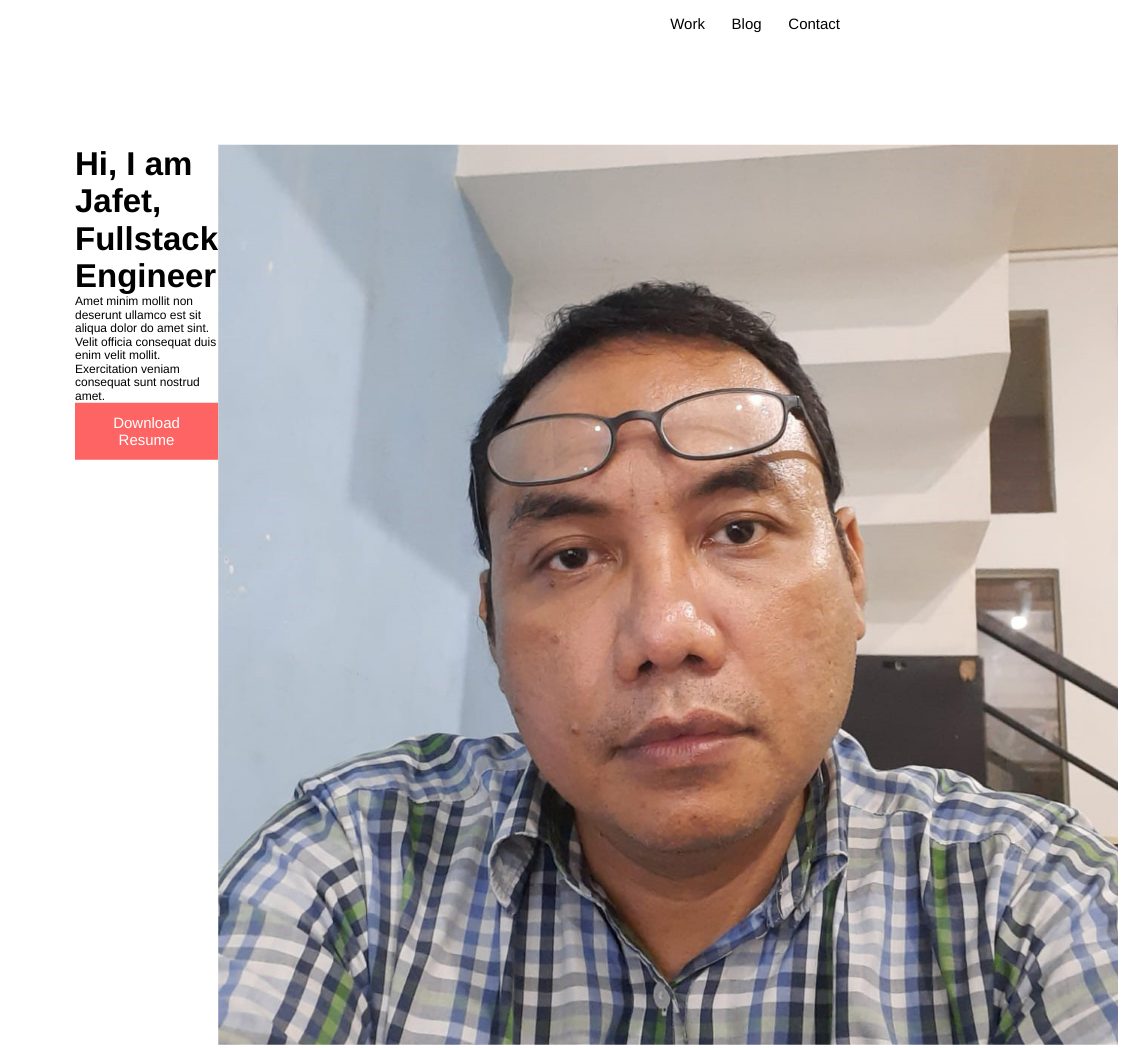
Repository: jafetdn73/portofolio
Page: index.html
These files come from the project's save history. The page is drawn as it stood at one moment and after the next save; the edit follows.
The browser window is 1280 px wide. The page is 1491 px wide, then 1522 px, so the pictures cover 1522 px, including what lies to the right of the window. The pictures show the whole page, at 75% of full size.

Above is the page before, as saved 2022-02-21 11:20:17.

### index.html
<!DOCTYPE html>
<html lang="en">
<head>
    <meta charset="UTF-8">
    <meta http-equiv="X-UA-Compatible" content="IE=edge">
    <meta name="viewport" content="width=device-width, initial-scale=1.0">
    <link rel="stylesheet" href="figma.css">
    <title>Belajar HTML CSS</title>
</head>
<body>
    <div class="container">
        <!-- Start Menu Bar -->
        <div class="menu-bar">
            <ul>
                <li>
                    Work
                </li>
                <li>
                    Blog
                </li>
                <li>
                    Contact
                </li>
            </ul>
        </div>
        <!-- Starr Hero -->
        <div class="hero">
            <div class="hero-text">
                <h1>Hi, I am Jafet,<br/>
                    Fullstack Engineer
                </h1>
                <p>
                    Amet minim mollit non deserunt ullamco est sit aliqua dolor do amet sint. Velit officia consequat duis enim velit mollit. Exercitation veniam consequat sunt nostrud amet.
                </p>
                <button>Download Resume</button>
            </div>
            <div class="hero-image">
                <img src="jafet.png"/>
            </div>

        </div>
    </div>
</body>
</html>

### figma.css
* {
    margin: 0;
    font-family:Helvetica;
}
.container {
    width: 1150px;
}

.menu-bar {
    display: flex;
    justify-content: flex-end;
    margin-top: 20px;
}

.menu-bar ul li {
    display: inline;
    margin-right: 30px;
    font-size: 20px;
}

/* Start Hero */
.hero {
    display: flex;
    justify-content: space-around;
    margin-top: 150px;
    padding: 0 100px;
}

.hero-text {
    width: 450px;
}

.hero-text h1 {
    font-size: 44px;
    font-weight: 400px;
}

.hero-text p {
    font-size: 16px;
}

.hero-text button {
    background-color: #FF6464;
    border-style: none;
    padding: 15px;
    font-size: 20px;
    color: white;
}

After the next save:
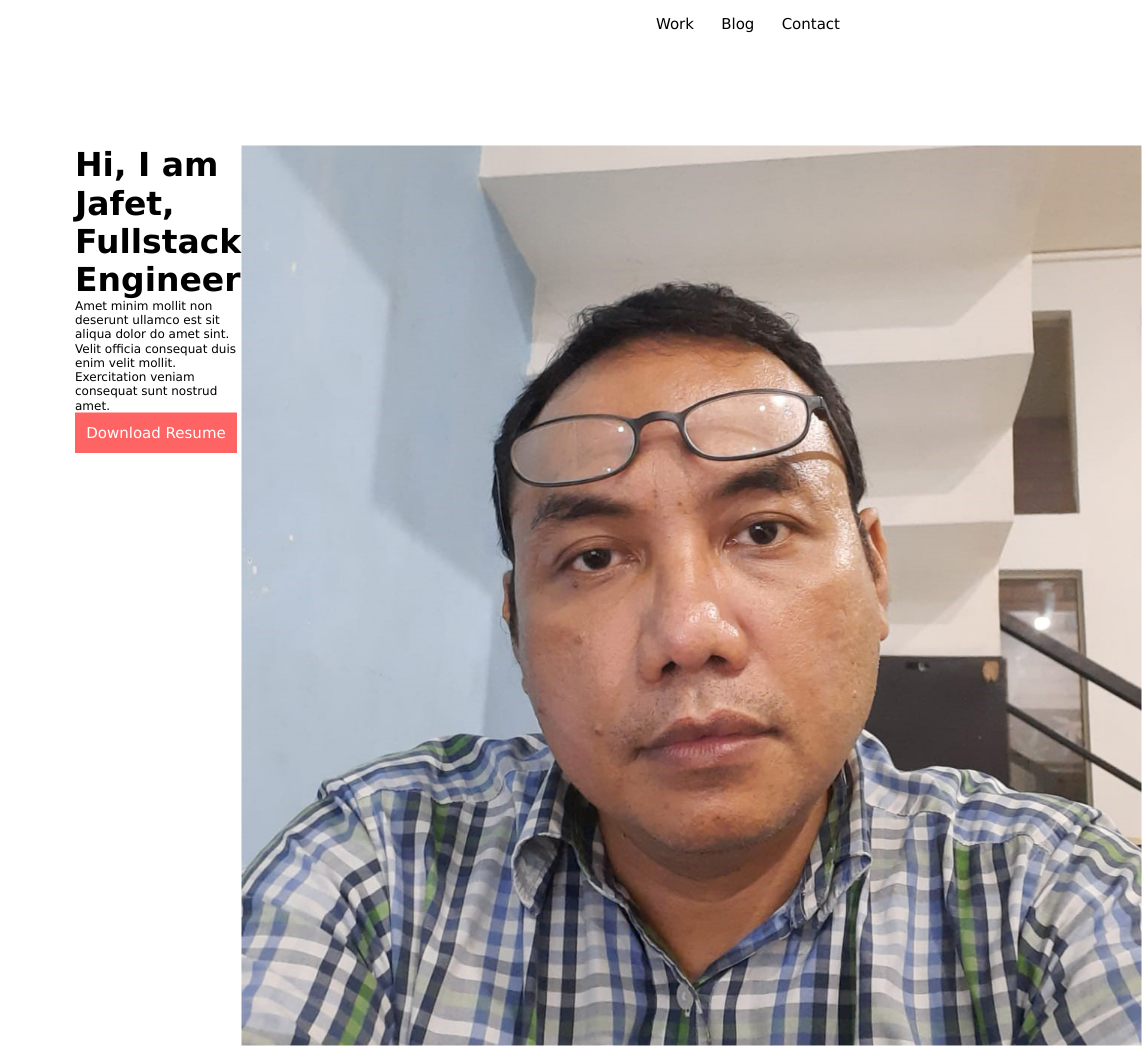
Saved 40 s later.
--- a/figma.css
+++ b/figma.css
@@ -1,6 +1,6 @@
 * {
     margin: 0;
-    font-family:Helvetica;
+    font-family:Verdana, Geneva, Tahoma, sans-serif;
 }
 .container {
     width: 1150px;
